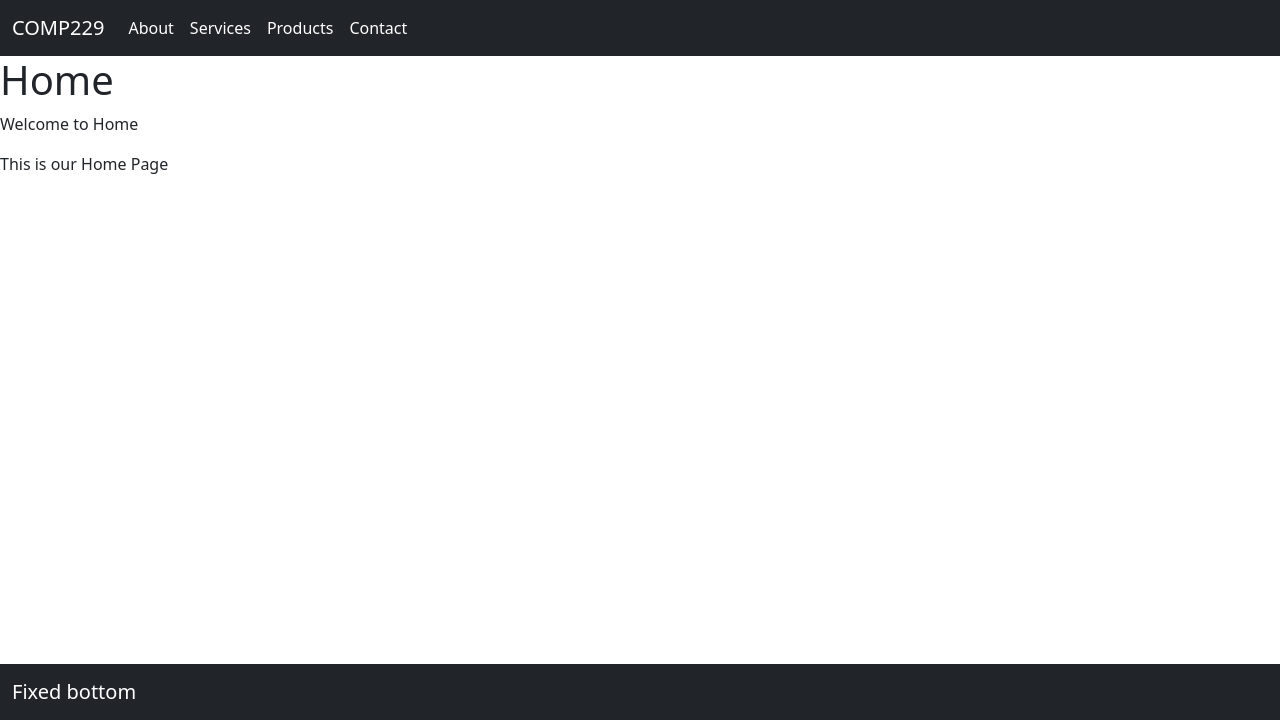
Repository: BlessingAjiboye/WEEJ4JULIO
Page: http://localhost/
The author's editor kept a copy of each file at every save. The page is drawn from the files as they stood at one save, then again after the next save.
The browser window is 1280 px wide. The pictures show the whole page.
The page is served by the project's Node server (server.js).

Above is the page before, as saved 2022-09-24 11:25:55.

After the next save:
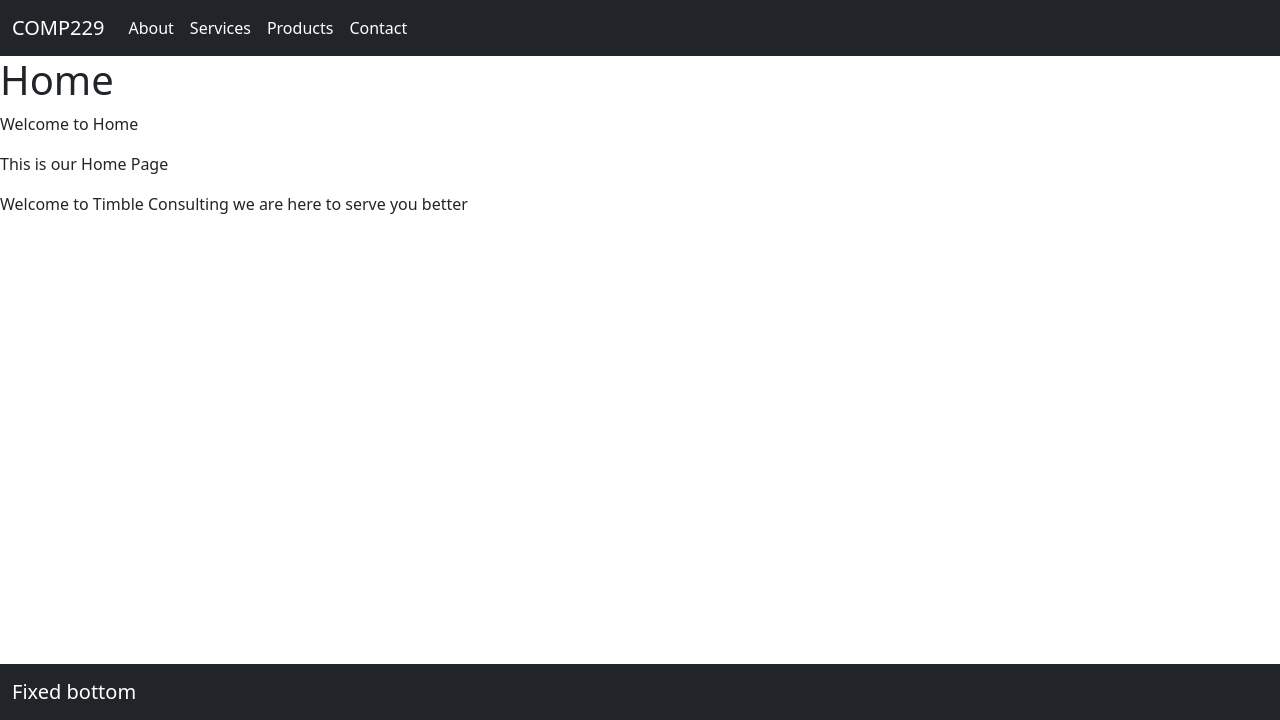
Saved 2 days later.
--- a/views/index.ejs
+++ b/views/index.ejs
@@ -6,6 +6,7 @@
   <h1><%= title %></h1>
    <p>Welcome to <%= title %></p>
 <p>This is our Home Page</p>
+<p>Welcome to Timble Consulting we are here to serve you better</p>
 
    <%-include partials/bottom_nav.ejs%>
 <%-include partials/footer.ejs%>
